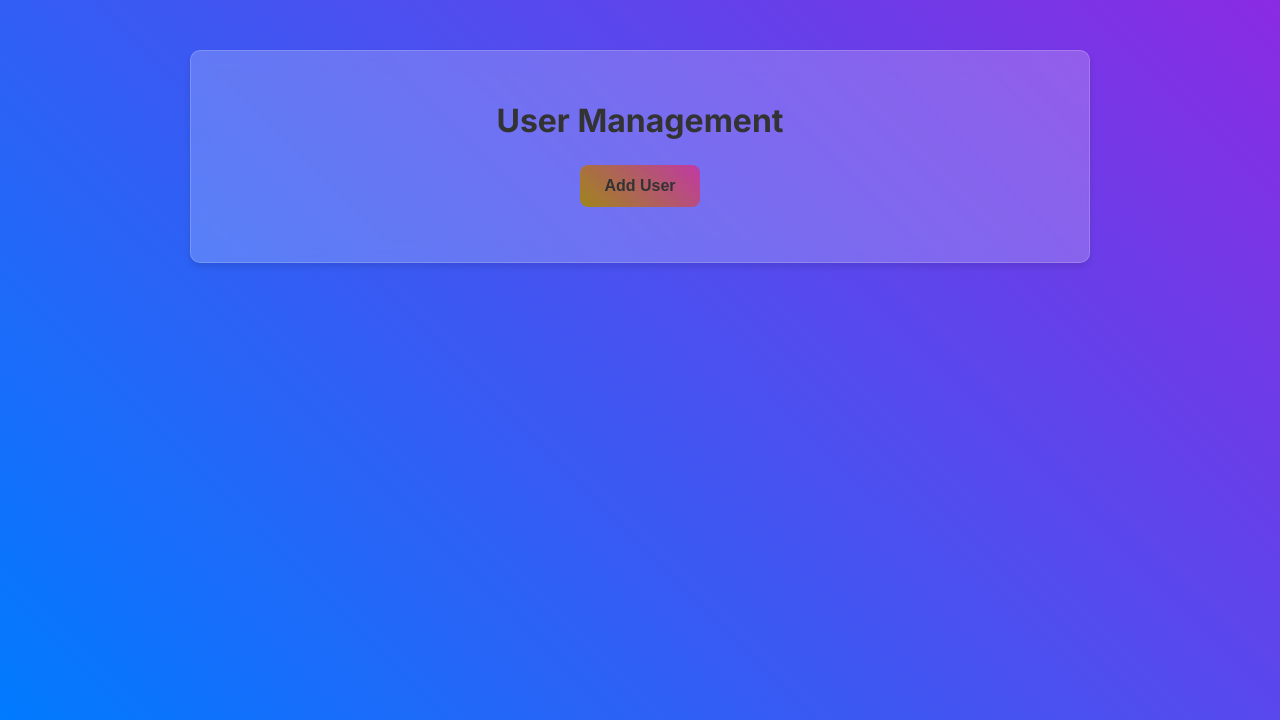
Repository: EeeeeEyyyy/crud-proj
Page: /
The author's editor kept a copy of each file at every save. The page is drawn from the files as they stood at one save, then again after the next save.
The browser window is 1280 px wide. The pictures show the whole page.
The page's requests for data from a server got no answer. The project was rebuilt for these pictures with package versions that can differ from the ones it lists, and the page was loaded fresh each time. The framework's server and built-in components were replaced by stand-ins that run in the browser. No one was signed in, and anything a server would have sent is missing. Also part of the build but not shown: next.config.mjs.

Above is the page before, as saved 2024-06-25 08:42:35.

### src/app/page.js
"use client";

import React, { useEffect, useState } from "react";
import axios from "axios";

const Page = () => {
  const [users, setUsers] = useState([]);
  const [isCreateModalOpen, setCreateModalOpen] = useState(false);
  const [isUpdateModalOpen, setUpdateModalOpen] = useState(false);
  const [isDeleteModalOpen, setDeleteModalOpen] = useState(false);
  const [selectedUser, setSelectedUser] = useState(null);
  const [newUser, setNewUser] = useState({ name: "", email: "" });

  useEffect(() => {
    fetchUsers();
  }, []);

  const fetchUsers = async () => {
    try {
      const response = await axios.get(
        "https://jsonplaceholder.typicode.com/users"
      );
      setUsers(response.data);
    } catch (error) {
      console.error("Error fetching users:", error);
    }
  };

  const addUser = async () => {
    try {
      const response = await axios.post(
        "https://jsonplaceholder.typicode.com/users",
        newUser
      );
      setUsers([...users, response.data]);
      setCreateModalOpen(false);
    } catch (error) {
      console.error("Error adding user:", error);
    }
  };

  const updateUser = async (id) => {
    try {
      const response = await axios.put(
        `https://jsonplaceholder.typicode.com/users/${id}`,
        selectedUser
      );
      setUsers(users.map((user) => (user.id === id ? response.data : user)));
      setUpdateModalOpen(false);
    } catch (error) {
      console.error("Error updating user:", error);
    }
  };

  const deleteUser = async (id) => {
    try {
      await axios.delete(`https://jsonplaceholder.typicode.com/users/${id}`);
      setUsers(users.filter((user) => user.id !== id));
      setDeleteModalOpen(false);
    } catch (error) {
      console.error("Error deleting user:", error);
    }
  };

  const openCreateModal = () => {
    setNewUser({ name: "", email: "" });
    setCreateModalOpen(true);
  };

  const closeCreateModal = () => {
    setCreateModalOpen(false);
  };

  const openUpdateModal = (user) => {
    setSelectedUser(user);
    setUpdateModalOpen(true);
  };

  const closeUpdateModal = () => {
    setSelectedUser(null);
    setUpdateModalOpen(false);
  };

  const openDeleteModal = (user) => {
    setSelectedUser(user);
    setDeleteModalOpen(true);
  };

  const closeDeleteModal = () => {
    setSelectedUser(null);
    setDeleteModalOpen(false);
  };

  const handleGoToHome = () => {
    router.push("/");
  };

  return (
    <div className="container">
      <h1>User Management</h1>
      <div className="Add-me">
        <button
          onClick={openCreateModal}
          className="glassButton-add"
          id="add-n"
        >
          Add User
        </button>
      </div>
      <ul>
        {users.map((user) => (
          <li key={user.id}>
            {user.name} - {user.email}
            <div className="buttones">
              {" "}
              <button
                onClick={() => openUpdateModal(user)}
                className="glassButton"
                id="update-n"
              >
                Update
              </button>
              <button
                onClick={() => openDeleteModal(user)}
                className="glassButton"
                id="delete-n"
              >
                Delete
              </button>
            </div>
          </li>
        ))}
      </ul>
      {isCreateModalOpen && (
        <div className="modalOverlay">
          <div className="modal">
            <h2>Add User</h2>
            <input
              type="text"
              placeholder="Name"
              value={newUser.name}
              onChange={(e) => setNewUser({ ...newUser, name: e.target.value })}
            />
            <input
              type="email"
              placeholder="Email"
              value={newUser.email}
              onChange={(e) =>
                setNewUser({ ...newUser, email: e.target.value })
              }
            />
            <button onClick={addUser} className="glassButton">
              Add
            </button>
            <button onClick={closeCreateModal} className="closeButton">
              Close
            </button>
          </div>
        </div>
      )}
      {isUpdateModalOpen && selectedUser && (
        <div className="modalOverlay">
          <div className="modal">
            <h2>Update User</h2>
            <input
              type="text"
              placeholder="Name"
              value={selectedUser.name}
              onChange={(e) =>
                setSelectedUser({ ...selectedUser, name: e.target.value })
              }
            />
            <input
              type="email"
              placeholder="Email"
              value={selectedUser.email}
              onChange={(e) =>
                setSelectedUser({ ...selectedUser, email: e.target.value })
              }
            />
            <button
              onClick={() => updateUser(selectedUser.id)}
              className="glassButton"
            >
              Update
            </button>
            <button onClick={closeUpdateModal} className="closeButton">
              Close
            </button>
          </div>
        </div>
      )}
      {isDeleteModalOpen && selectedUser && (
        <div className="modalOverlay">
          <div className="modal">
            <h2>Are you sure you want to delete {selectedUser.name}?</h2>
            <button
              onClick={() => deleteUser(selectedUser.id)}
              className="glassButton"
            >
              Yes
            </button>
            <button onClick={closeDeleteModal} className="closeButton">
              No
            </button>
          </div>
        </div>
      )}
    </div>
  );
};
export default Page;

### src/app/globals.css
* {
  box-sizing: border-box;
  padding: 0;
  margin: 0;
}
html,
body {
  max-width: 100vw;
  overflow-x: hidden;
  background: linear-gradient(
    45deg,
    rgb(0, 123, 255),
    rgb(138, 43, 226)
  ); /* Blue to Violet */
  height: 100%;
  margin: 0;
  padding: 0;
  font-family: Arial, sans-serif;
}
a {
  color: inherit;
  text-decoration: none;
}
.main {
  display: flex;
  flex-direction: column;
  justify-content: space-between;
  align-items: center;
  padding: 6rem;
  min-height: 100vh;
}
.description {
  display: inherit;
  justify-content: inherit;
  align-items: inherit;
  font-size: 0.85rem;
  max-width: var(--max-width);
  width: 100%;
  z-index: 2;
  font-family: var(--font-mono);
}
.description a {
  display: flex;
  justify-content: center;
  align-items: center;
  gap: 0.5rem;
}
.description p {
  position: relative;
  margin: 0;
  padding: 1rem;
  background-color: rgba(var(--callout-rgb), 0.5);
  border: 1px solid rgba(var(--callout-border-rgb), 0.3);
  border-radius: var(--border-radius);
}
.code {
  font-weight: 700;
  font-family: var(--font-mono);
}
.grid {
  display: grid;
  grid-template-columns: repeat(4, minmax(25%, auto));
  max-width: 100%;
  width: var(--max-width);
}
.card {
  padding: 1rem 1.2rem;
  border-radius: var(--border-radius);
  background: rgba(var(--card-rgb), 0);
  border: 1px solid rgba(var(--card-border-rgb), 0);
  transition: background 200ms, border 200ms;
}
.card span {
  display: inline-block;
  transition: transform 200ms;
}

.card h2 {
  font-weight: 600;
  margin-bottom: 0.7rem;
}
.card p {
  margin: 0;
  opacity: 0.6;
  font-size: 0.9rem;
  line-height: 1.5;
  max-width: 30ch;
  text-wrap: balance;
}
.center {
  display: flex;
  justify-content: center;
  align-items: center;
  position: relative;
  padding: 4rem 0;
}
.center::before {
  background: var(--secondary-glow);
  border-radius: 50%;
  width: 480px;
  height: 360px;
  margin-left: -400px;
}
.center::after {
  background: var(--primary-glow);
  width: 240px;
  height: 180px;
  z-index: -1;
}
.center::before,
.center::after {
  content: "";
  left: 50%;
  position: absolute;
  filter: blur(45px);
  transform: translateZ(0);
}
.logo {
  position: relative;
}
/* Enable hover only on non-touch devices */
@media (hover: hover) and (pointer: fine) {
  .card:hover {
    background: rgba(var(--card-rgb), 0.1);
    border: 1px solid rgba(var(--card-border-rgb), 0.15);
  }
  .card:hover span {
    transform: translateX(4px);
  }
}
@media (prefers-reduced-motion) {
  .card:hover span {
    transform: none;
  }
}
/* Mobile */
@media (max-width: 700px) {
  .content {
    padding: 4rem;
  }
  .grid {
    grid-template-columns: 1fr;
    margin-bottom: 120px;
    max-width: 320px;
    text-align: center;
  }
  .card {
    padding: 1rem 2.5rem;
  }

  .card h2 {
    margin-bottom: 0.5rem;
  }

  .center {
    padding: 8rem 0 6rem;
  }

  .center::before {
    transform: none;
    height: 300px;
  }

  .description {
    font-size: 0.8rem;
  }

  .description a {
    padding: 1rem;
  }

  .description p,
  .description div {
    display: flex;
    justify-content: center;
    position: fixed;
    width: 100%;
  }

  .description p {
    align-items: center;
    inset: 0 0 auto;
    padding: 2rem 1rem 1.4rem;
    border-radius: 0;
    border: none;
    border-bottom: 1px solid rgba(var(--callout-border-rgb), 0.25);
    background: linear-gradient(
      to bottom,
      rgba(var(--background-start-rgb), 1),
      rgba(var(--callout-rgb), 0.5)
    );
    background-clip: padding-box;
    backdrop-filter: blur(24px);
  }

  .description div {
    align-items: flex-end;
    pointer-events: none;
    inset: auto 0 0;
    padding: 2rem;
    height: 200px;
    background: linear-gradient(
      to bottom,
      transparent 0%,
      rgb(var(--background-end-rgb)) 40%
    );
    z-index: 1;
  }
}

/* Tablet and Smaller Desktop */
@media (min-width: 701px) and (max-width: 1120px) {
  .grid {
    grid-template-columns: repeat(2, 50%);
  }
}

@media (prefers-color-scheme: dark) {
  .vercelLogo {
    filter: invert(1);
  }

  .logo {
    filter: invert(1) drop-shadow(0 0 0.3rem #ffffff70);
  }
}

@keyframes rotate {
  from {
    transform: rotate(360deg);
  }
  to {
    transform: rotate(0deg);
  }
}
.container {
  max-width: 1000px;
  margin: 50px auto;
  padding: 20px;
  background: rgba(0, 123, 255, 0.2);
  border: 1px solid rgba(0, 123, 255, 0.18);
  border-radius: 10px;
  backdrop-filter: blur(10px);
  box-shadow: 0 4px 6px rgba(0, 0, 0, 0.1);
  text-align: center;
}

h1 {
  font-size: 2em;
  margin-bottom: 20px;
  color: #333;
}

/* Glass Button Styles */
.glassButton {
  background: rgba(255, 255, 255, 0.2);
  border: none;
  padding: 12px 24px;
  font-size: 16px;
  color: #7f0c0c;
  cursor: pointer;
  outline: none;
  transition: background-color 0.3s ease, transform 0.3s ease;
  backdrop-filter: blur(5px);
  border-radius: 8px;
  margin: 5px;
  display: flex;
  flex-direction: row;
  align-items: center;
}

.glassButton:hover {
  background: rgba(255, 255, 255, 0.3);
  transform: scale(1.05);
}

/* Modal Styles */
.modalOverlay {
  position: fixed;
  top: 0;
  left: 0;
  right: 0;
  bottom: 0;
  background-color: rgba(0, 0, 0, 0.5);
  display: flex;
  justify-content: center;
  align-items: center;
  z-index: 1000;
}

.modal {
  background: rgba(255, 255, 255, 0.8);
  padding: 20px;
  border-radius: 8px;
  width: 400px;
  max-width: 90%;
  box-shadow: 0 4px 6px rgba(0, 0, 0, 0.1);
  backdrop-filter: blur(10px);
  position: relative;
}

.closeButton {
  background: rgba(255, 255, 255, 0.5);
  padding: 8px;
  border-radius: 50%;
  border: none;
  font-size: 20px;
  cursor: pointer;
  position: absolute;
  top: 10px;
  right: 10px;
  transition: background-color 0.3s ease;
}

.closeButton:hover {
  background: rgba(255, 255, 255, 0.8);
}

/* List Styles */
ul {
  list-style-type: none;
  padding: 0;
}

li {
  display: flex;
  justify-content: space-between;
  align-items: center;
  padding: 10px;
  border-bottom: 1px solid rgba(0, 0, 0, 0.1);
  color: #333;
}

/* Input Styles */
input {
  display: block;
  width: calc(100% - 20px);
  margin: 10px 0;
  padding: 10px;
  border: 1px solid rgba(0, 0, 0, 0.1);
  border-radius: 4px;
  font-size: 16px;
}
.container {
  max-width: 900px;
  margin: 50px auto;
  padding: 50px;
  background: rgba(255, 255, 255, 0.2);
  border: 1px solid rgba(255, 255, 255, 0.18);
  border-radius: 10px;
  backdrop-filter: blur(10px);
  box-shadow: 0 4px 6px rgba(0, 0, 0, 0.1);
  text-align: center;
}
h1 {
  font-size: 2em;
  margin-bottom: 20px;
  color: #333;
}
.glassButton {
  display: flex;
  flex-direction: row;
  align-items: center;
  gap: 30px;
  background: rgba(255, 255, 255, 0.2);
  border: none;
  padding: 12px 24px;
  font-size: 16px;
  color: #333;
  cursor: pointer;
  outline: none;
  transition: background-color 0.3s ease, transform 0.3s ease;
  backdrop-filter: blur(5px);
  border-radius: 8px;
  margin: 5px;
}
.glassButton-add {
  display: flex;
  flex-direction: row;
  align-items: center;
  gap: 30px;
  background: #17f3ff33;
  border: none;
  padding: 12px 24px;
  font-size: 16px;
  color: #333;
  cursor: pointer;
  outline: none;
  transition: background-color 0.3s ease, transform 0.3s ease;
  backdrop-filter: blur(5px);
  border-radius: 8px;
  margin: 5px;
}
.glassButton:hover {
  background: rgba(255, 255, 255, 0.3);
  transform: scale(1.05);
}
.modalOverlay {
  position: fixed;
  top: 0;
  left: 0;
  right: 0;
  bottom: 0;
  background-color: rgba(0, 0, 0, 0.5);
  display: flex;
  justify-content: center;
  align-items: center;
  z-index: 1000;
  size: 50px;

  border-radius: 1%;
}
.modal {
  background: rgba(255, 255, 255, 0.8);
  padding: 20px;
  border-radius: 8px;
  width: 400px;
  max-width: 90%;
  box-shadow: 0 4px 6px rgba(0, 0, 0, 0.1);
  backdrop-filter: blur(10px);
  position: fixed;
}
.closeButton {
  background: rgba(255, 255, 255, 0.5);
  padding: 8px;
  border-radius: 50%;
  border: none;
  font-size: 20px;
  cursor: pointer;
  position: absolute;
  top: 10px;
  right: 10px;
  transition: background-color 0.3s ease;
}
.closeButton:hover {
  background: rgba(255, 255, 255, 0.8);
}
ul {
  list-style-type: none;
  padding: 0;
}
li {
  display: flex;
  justify-content: space-between;
  align-items: center;
  padding: 10px;
  border-bottom: 1px solid rgba(0, 0, 0, 0.1);
  color: #333;
}
input {
  display: block;
  width: calc(100% - 20px);
  margin: 10px 0;
  padding: 10px;
  border: 1px solid rgba(0, 0, 0, 0.1);
  border-radius: 4px;
  font-size: 16px;
}
.Add-me {
  text-align: center;
  display: flex;
  justify-content: center;
}

.buttones {
  display: flex;
  justify-content: space-between;
}
#delete-n {
  background: linear-gradient(45deg, rgb(255, 0, 0), rgba(54, 6, 78, 0.441));
  font-weight: bold;
  color: rgb(7, 0, 107);
}
#update-n {
  background: linear-gradient(45deg, rgb(182, 4, 247), rgb(18, 161, 111));
  font-weight: bold;
  color: beige;
}
#add-n {
  font-weight: bold;
  background: linear-gradient(45deg, rgb(159, 133, 27), rgb(193, 57, 163));
}

Loaded but not shown: src/app/layout.js (common file)

After the next save:
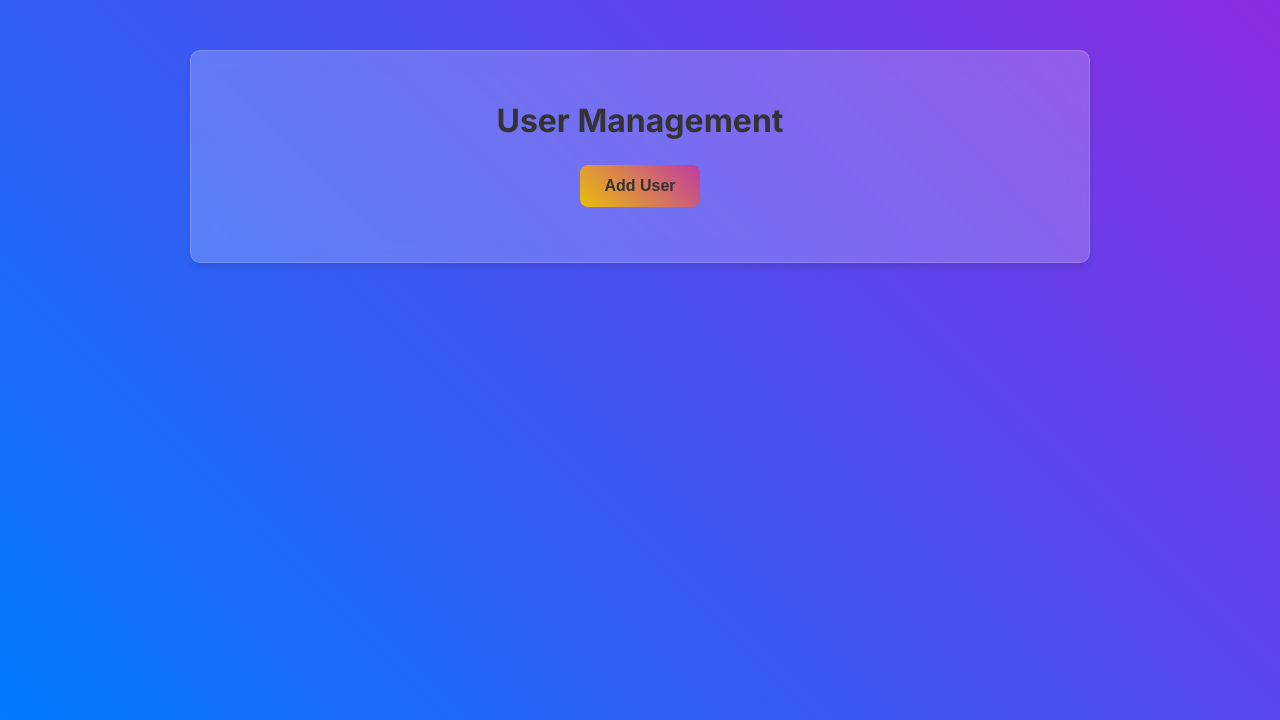
Saved 5 s later.
--- a/src/app/globals.css
+++ b/src/app/globals.css
@@ -478,5 +478,5 @@ input {
 }
 #add-n {
   font-weight: bold;
-  background: linear-gradient(45deg, rgb(159, 133, 27), rgb(193, 57, 163));
-}
+  background: linear-gradient(45deg, rgb(235, 190, 9), rgb(193, 57, 163));
+}
